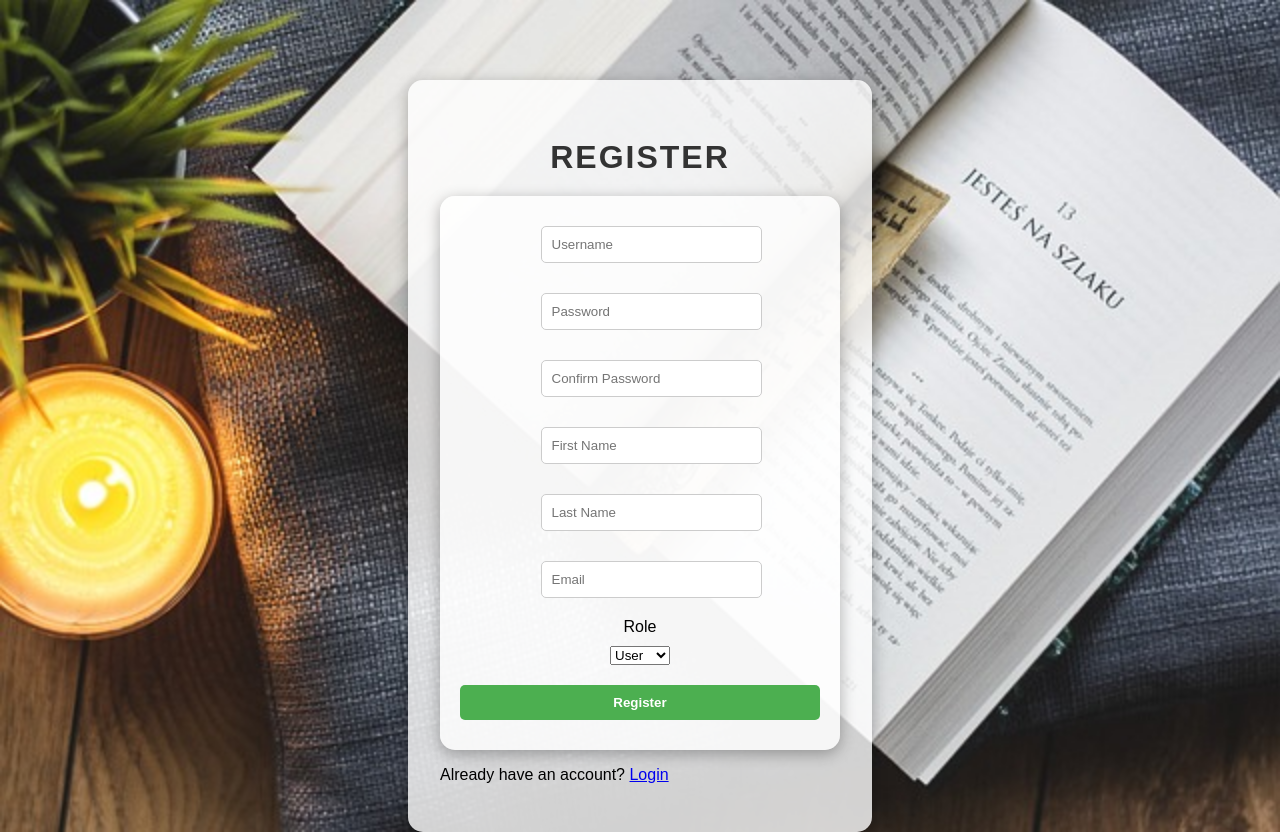
Repository: pavitrapai10/Library_Management_System
Page: http://localhost/register.php
An editor plug-in stored every save of this project. The page is shown before and after the next save, followed by the edit.
The browser window is 1280 px wide. The pictures show the whole page.
Backgrounds fixed to the window are drawn as part of the page. The page is run by PHP 8.4 with error messages shown; the project is at /var/www/html/.

Above is the page before, as saved 2025-02-06 10:48:28.

### register.php
<?php
include 'db.php';

$error = '';

if ($_SERVER['REQUEST_METHOD'] == 'POST') {
    $username = trim($_POST['username']);
    $password = trim($_POST['password']);
    $confirmPassword = trim($_POST['confirmPassword']);
    $first_name = trim($_POST['first_name']);
    $last_name = trim($_POST['last_name']);
    $email = trim($_POST['email']);
    $role_name = trim($_POST['role']);

    // Get the role ID based on role name
    $role_query = $conn->prepare("SELECT id FROM roles WHERE role_name = ?");
    $role_query->bind_param("s", $role_name);
    $role_query->execute();
    $role_query->store_result();
    $role_query->bind_result($id);
    $role_query->fetch();

    if (!$id) {
        echo "<script>
                alert('Invalid role selected.');
                window.history.back();
              </script>";
        exit;
    }

    // Server-side email validation
    if (!filter_var($email, FILTER_VALIDATE_EMAIL) || !preg_match('/@gmail\.com$/', $email)) {
        $error = "Please enter a valid Gmail address (e.g., example@gmail.com).";
    }

    // Server-side password validation
    if (strlen($password) < 8 ||
        !preg_match('/[A-Z]/', $password) ||
        !preg_match('/[a-z]/', $password) ||
        !preg_match('/\d/', $password) ||
        !preg_match('/[@$!%*?&]/', $password)) {
        $error = "Password must be at least 8 characters long, contain an uppercase letter, a lowercase letter, a number, and a special character.";
    } elseif ($password !== $confirmPassword) {
        $error = "Passwords do not match.";
    }

    if (empty($error)) {
        // Hash the password before storing
        $hashedPassword = password_hash($password, PASSWORD_DEFAULT);

        // Correct query with role ID
        $query = "INSERT INTO borrowers (username, password, first_name, last_name, email, created_at, role_id)
                  VALUES (?, ?, ?, ?, ?, NOW(), ?)";
        $stmt = $conn->prepare($query);

        if ($stmt) {
            $stmt->bind_param("sssssi", $username, $hashedPassword, $first_name, $last_name, $email, $id); // Bind role ID as integer

            try {
                $stmt->execute();
                header('Location: login.php');
                exit();
            } catch (mysqli_sql_exception $e) {
                // Handle duplicate entry errors for both username and email
                if (strpos($e->getMessage(), "for key 'borrowers.username'") !== false) {
                    $error = "Username already exists. Please choose a different one.";
                } elseif (strpos($e->getMessage(), "for key 'borrowers.email'") !== false) {
                    $error = "Email already exists. Please use a different one.";
                } else {
                    $error = "Failed to register user. Please try again.";
                }
            }
        } else {
            $error = "Failed to prepare the statement. Please contact support.";
        }
    }
}
?>

<!DOCTYPE html>
<html lang="en">
<head>
    <meta charset="UTF-8">
    <meta name="viewport" content="width=device-width, initial-scale=1.0">
    <title>Register - Library Management</title>
    <link rel="stylesheet" href="style.css">
</head>
<body>
    <div class="form-container">
        <h2>Register</h2>
        <form id="registerForm" method="POST" action="">
            <div class="input-group">
                <input type="text" name="username" id="username" placeholder="Username" required>
                <span class="error-message" id="usernameError"></span>
            </div>

            <div class="input-group">
                <input type="password" name="password" id="password" placeholder="Password" required>
                <span class="error-message" id="passwordError"></span>
            </div>

            <div class="input-group">
                <input type="password" name="confirmPassword" id="confirmPassword" placeholder="Confirm Password" required>
                <span class="error-message" id="confirmPasswordError"></span>
            </div>

            <div class="input-group">
                <input type="text" name="first_name" placeholder="First Name" required>
                <span class="error-message"></span>
            </div>

            <div class="input-group">
                <input type="text" name="last_name" placeholder="Last Name" required>
                <span class="error-message"></span>
            </div>

            <div class="input-group">
                <input type="email" name="email" placeholder="Email" required>
                <span class="error-message" id="emailError"></span>
            </div>

            <label for="role">Role</label>
            <select name="role" id="role" required>
                <option value="user">User</option>
                <option value="admin">Admin</option>
            </select>
            <button type="submit">Register</button>
        </form>

        <div id="globalErrorContainer" class="error-container">
            <?php if (!empty($error)): ?>
                <span class="error-message"><?php echo htmlspecialchars($error); ?></span>
            <?php endif; ?>
        </div>

        <p>Already have an account? <a href="login.php">Login</a></p>
    </div>
    <script src="script.js"></script>
</body>
</html>

### db.php

<?php
$servername = "localhost";
$username = "root";
$password = ""; // Empty if there's no password set
$dbname = "library_management";

// Create connection
$conn = new mysqli($servername, $username, $password, $dbname);

// Check connection and suppress any errors
if ($conn->connect_error) {
    // You can log the error instead of displaying it, e.g., error_log($conn->connect_error);
    die();  // Do not display any error message, but stop further execution
}
?>

### style.css
/* General Body Style (for all pages) */
body {
    font-family: 'Poppins', Arial, sans-serif;
    background: url('img/image.jpg') no-repeat center center fixed;
    background-size: cover;
    height: 100vh;
    margin: 0;
    padding: 0;
    overflow-x: hidden;
    animation: fadeIn 1.5s ease-in-out;

}

/* Fade-in animation for the body */
@keyframes fadeIn {
    from {
        opacity: 0;
    }
    to {
        opacity: 1;
    }
}

/* Header Styling for All Pages */
/* Updated Header Styling for Button Layout */
header {
    background: rgba(76, 175, 80, 0.9);
    color: #fff;
    padding: 1rem 20px;
    display: flex;
    align-items: center;
    justify-content: space-between;
    position: sticky;
    top: 0;
    z-index: 10;
    box-shadow: 0 2px 5px rgba(0, 0, 0, 0.2);
}

.backtobooks-button {
    color: #fff;
    text-decoration: none;
    font-size: 1rem;
    border: 1px solid white;
    padding: 5px 10px;
    border-radius: 5px;
    background: #4CAF50;
    transition: background 0.3s ease, color 0.3s ease;
}

.backtobooks-button:hover {
    background: white;
    color: #4CAF50;
}
.backtoadmin-button {
    color: #fff;
    text-decoration: none;
    font-size: 1rem;
    border: 1px solid white;
    padding: 5px 10px;
    border-radius: 5px;
    background: #4CAF50;
    transition: background 0.3s ease, color 0.3s ease;
}

.backtoadmin-button:hover {
    background: white;
    color: #4CAF50;
}

.header-content {
    display: flex;
    justify-content: space-evenly;
    align-items: center;
    width: 100%;
}

.left-buttons {
    display: flex;
    gap: 15px;
}

.right-buttons {
    margin-left: auto;
}

.logout-button {
    color: #fff;
    text-decoration: none;
    font-size: 1rem;
    border: 1px solid white;
    padding: 5px 10px;
    border-radius: 5px;
    transition: background 0.3s ease, color 0.3s ease;
}

.add-books-button,
.borrow-button,
.log-button,
.borrowbook-button {
    color: #fff;
    text-decoration: none;
    font-size: 1rem;
    border: 1px solid white;
    padding: 5px 10px;
    border-radius: 5px;
    background: #4CAF50;
    transition: background 0.3s ease, color 0.3s ease;
}

.logout-button:hover,
.add-books-button:hover,
.borrow-button:hover,
.log-button:hover,
.borrowbook-button:hover {
    background: white;
    color: #4CAF50;
}
header .backtobooks-button:hover {
    background: white;
    color: #4CAF50;
}
header .backtoadmin-button:hover {
    background: white;
    color: #4CAF50;
}




/* Form Container Styling for Login and Register */
.form-container {
    background: rgba(255, 255, 255, 0.8); /* White background with transparency */
    max-width: 400px;
    width: 90%;
    margin: 5rem auto;
    padding: 2rem;
    box-shadow: 0 4px 15px rgba(0, 0, 0, 0.3); /* Deeper shadow for better effect */
    border-radius: 15px;
    transition: transform 0.3s ease-in-out, box-shadow 0.3s ease-in-out;
}

.form-container:hover {
    transform: scale(1.03);
    box-shadow: 0 6px 20px rgba(0, 0, 0, 0.4);
}

/* Input and Button Styling for Forms */
input, button {
    width: 100%;
    padding: 10px;
    margin: 10px 0;
    border: 1px solid #ccc;
    border-radius: 5px;
    transition: all 0.3s ease;
}

input:focus {
    outline: none;
    border: 1px solid #4CAF50;
    box-shadow: 0 0 10px rgba(76, 175, 80, 0.5);
}

button {
    background: #4CAF50;
    color: #fff;
    border: none;
    cursor: pointer;
    font-weight: bold;
}

button:hover {
    background: #45a049;
    box-shadow: 0 2px 10px rgba(76, 175, 80, 0.4);
    transform: scale(1.05);
}

/* Ensure that form elements are centered */
form {
    display: flex;
    flex-direction: column;
    align-items: center;
    gap: 10px; /* Add spacing between form elements */
}

/* Heading Styling for Login, Register, Edit */
h2 {
    text-align: center;
    font-size: 2rem;
    margin-bottom: 20px;
    color: #333;
    text-transform: uppercase;
    letter-spacing: 2px;
    animation: fadeIn 1.5s ease-in-out;
}

/* Admin Page Styling */
#admin-page {
    display: flex;
    justify-content: center;
    align-items: center;
    flex-direction: column;
    padding: 20px;
    box-sizing: border-box;
    min-height: 80vh; /* Ensures the content stays centered vertically */
    margin: 0 auto;
}

#admin-page table {
    width: 60%; /* Slightly narrower to ensure spaciousness */
    max-width: 200px; /* Limit maximum width */
    margin: 0 auto; /* Center the table horizontally */
    border-collapse: collapse;
    background: white;
    box-shadow: 0 4px 15px rgba(0, 0, 0, 0.2);
    border-radius: 8px;
    overflow: hidden; /* Clip any overflow for smooth rounded corners */
    animation: zoomIn 0.8s ease-in-out;
}

@keyframes zoomIn {
    from {
        transform: scale(0.9);
        opacity: 0;
    }
    to {
        transform: scale(1);
        opacity: 1;
    }
}

#admin-page th,
#admin-page td {
    padding: 20px; /* Increased padding for better readability */
    text-align: left;
    border: 1px solid #ddd;
    font-size: 16px; /* Consistent font size */
}

#admin-page th {
    background-color: #4CAF50;
    color: white;
    text-transform: uppercase;
    letter-spacing: 1px;
    font-weight: bold;
}

#admin-page tr:nth-child(even) {
    background-color: #f9f9f9;
}

#admin-page tr:hover {
    background-color: #f1f1f1;
    transform: scale(1.01);
    transition: transform 0.2s ease, background-color 0.2s ease;
}

/* Adjust the header and footer styles within the admin page */
header {
    display: flex;
    justify-content: space-between;
    align-items: center;
    background-color: #4CAF50;
    color: white;
    padding: 15px 20px;
    box-shadow: 0 2px 5px rgba(0, 0, 0, 0.2);
}

footer {
    text-align: center;
    margin-top: 20px;
    padding: 10px;
    background: #4CAF50;
    color: rgb(255, 255, 255);
    position: relative;
    width: 100%;
    box-shadow: 0 -2px 5px rgba(0, 0, 0, 0.1);
}



/* Responsive Adjustments */
@media (max-width: 768px) {
    #admin-page table {
        width: 95%;
    }

    #admin-page th,
    #admin-page td {
        font-size: 14px;
        padding: 12px;
    }
}






/* Books Page Table Styling */
#books-page table {
    width: 100%;
    margin: 20px 0;
    border-collapse: collapse;
    background: rgba(255, 255, 255, 0.95); /* Solid white background for books table */
    box-shadow: 0 4px 15px rgba(0, 0, 0, 0.2);
    transition: box-shadow 0.3s ease-in-out;
}

#books-page table:hover {
    box-shadow: 0 6px 20px rgba(0, 0, 0, 0.3);
}

#books-page th, #books-page td {
    padding: 12px;
    text-align: left;
    border: 1px solid #ddd;
}

#books-page th {
    background-color: #4CAF50;
    color: white;
}

/* Form Styling */
form {
    background: rgba(255, 255, 255, 0.8);
    padding: 20px;
    border-radius: 15px;
    box-shadow: 0 4px 15px rgba(0, 0, 0, 0.3);
}

form input, form button {
    margin: 10px 0;
    padding: 10px;
    width: 100%;
    border-radius: 5px;
}

form button:hover {
    background-color: #45a049;
    transform: scale(1.05);
}







/* Logs Table Styling */
table {
    width: 80%;
    margin: 20px auto;
    border-collapse: collapse;
    box-shadow: 0 4px 8px rgba(0, 0, 0, 0.2);
}

table th, table td {
    padding: 12px 15px;
    text-align: left;
    border: 1px solid #ddd;
}

table th {
    background-color: #4CAF50;
    color: white;
}

table tr:nth-child(even) {
    background-color: #e6e6e6; /* Solid light gray background */
}

table tr:nth-child(odd) {
    background-color: white; /* Solid white background for odd rows */
}

table tr:hover {
    background-color: #d1d1d1; /* Slightly darker gray for hover */
}

/* Close Button Styling */
.close-button {
    background-color: #f44336; /* Red background */
    color: white;
    padding: 10px 15px; /* Adjusted padding for a balanced look */
    border: none;
    border-radius: 5px;
    cursor: pointer;
    font-size: 14px;
    font-weight: bold;
    text-transform: uppercase;
    transition: background-color 0.3s ease, transform 0.2s ease;
    margin-left: 10px; /* Adds spacing if placed next to other buttons */
    display: inline-block; /* Ensures consistent alignment */
}

.close-button:hover {
    background-color: #e53935; /* Darker red on hover */
    transform: scale(1.05); /* Slight zoom effect on hover */
    box-shadow: 0 4px 10px rgba(229, 57, 53, 0.4); /* Adds a subtle shadow */
}

.close-button:active {
    transform: scale(0.95); /* Pressed effect */
    background-color: #d32f2f; /* Slightly darker red for active state */
}

/* Common button styles */

.edbutton {
    display: inline-block;
    padding: 6px 12px;
    font-size: 14px;
    border: none;
    border-radius: 4px;
    text-decoration: none;
    cursor: pointer;
    color: white;
}

/* Admin button styles */
.edit-button {
    background-color: #4CAF50;
}

.delete-button {
    background-color: #f44336;
}

/* Disabled button */
.disabled-button {
    background-color: #cccccc;
    color: #666666;
    cursor: not-allowed;
}

/* Regular user self-edit button with distinct color */
.self-edit-button {
    background-color: #2196F3;
    color: white;
    font-style: italic;
}

/* Hover effect for all active buttons */
.edbutton:hover:not(.disabled-button) {
    opacity: 0.8;
}

### script.js
document.addEventListener('DOMContentLoaded', function () {

    // Validate the registration form before submitting
    const registerForm = document.getElementById('registerForm');
    if (registerForm) {
        registerForm.addEventListener('submit', function (event) {
            const username = document.getElementById('username').value.trim();
            const password = document.getElementById('password').value.trim();
            const confirmPassword = document.getElementById('confirmPassword').value.trim();
            const email = document.getElementById('email').value.trim();

            const usernameRegex = /^[a-zA-Z0-9]{4,20}$/;
            const passwordRegex = /^(?=.*[a-z])(?=.*[A-Z])(?=.*\d)(?=.*[@$!%*?&])[A-Za-z\d@$!%*?&]{8,}$/;
            const emailRegex = /^[a-zA-Z0-9._%+-]+@gmail\.com$/;

            // Username validation
            if (!usernameRegex.test(username)) {
                alert("Username must be 4-20 characters long and contain only letters and numbers.");
                event.preventDefault();
            }
            // Email validation
            else if (!emailRegex.test(email)) {
                alert("Please enter a valid Gmail address (e.g., example@gmail.com).");
                event.preventDefault();
            }
            // Password validation
            else if (!passwordRegex.test(password)) {
                alert("Password must be at least 8 characters long and contain at least one uppercase letter, one lowercase letter, one number, and one special character.");
                event.preventDefault();
            }
            // Confirm password validation
            else if (password !== confirmPassword) {
                alert("Passwords do not match!");
                event.preventDefault();
            }
        });
    }

    // Validate the login form before submitting
    const loginForm = document.getElementById('loginForm');
    if (loginForm) {
        loginForm.addEventListener('submit', function (event) {
            const username = document.getElementById('username').value.trim();
            const password = document.getElementById('password').value.trim();

            if (username === '' || password === '') {
                alert("Both fields are required!");
                event.preventDefault();
            }
        });
    }

    // Show/hide additional form fields based on user selection
    const userTypeSelect = document.getElementById('userType');
    if (userTypeSelect) {
        userTypeSelect.addEventListener('change', function () {
            const userType = this.value;
            const adminSection = document.getElementById('adminSection');
            if (adminSection) {
                if (userType === 'Admin') {
                    adminSection.style.display = 'block';
                } else {
                    adminSection.style.display = 'none';
                }
            }
        });
    }

    // Example for smooth scroll to a section
    const scrollButton = document.querySelector('.scroll-to-form');
    if (scrollButton) {
        scrollButton.addEventListener('click', function () {
            const formContainer = document.querySelector('.form-container');
            if (formContainer) {
                formContainer.scrollIntoView({ behavior: 'smooth' });
            }
        });
    }




});

After the next save:
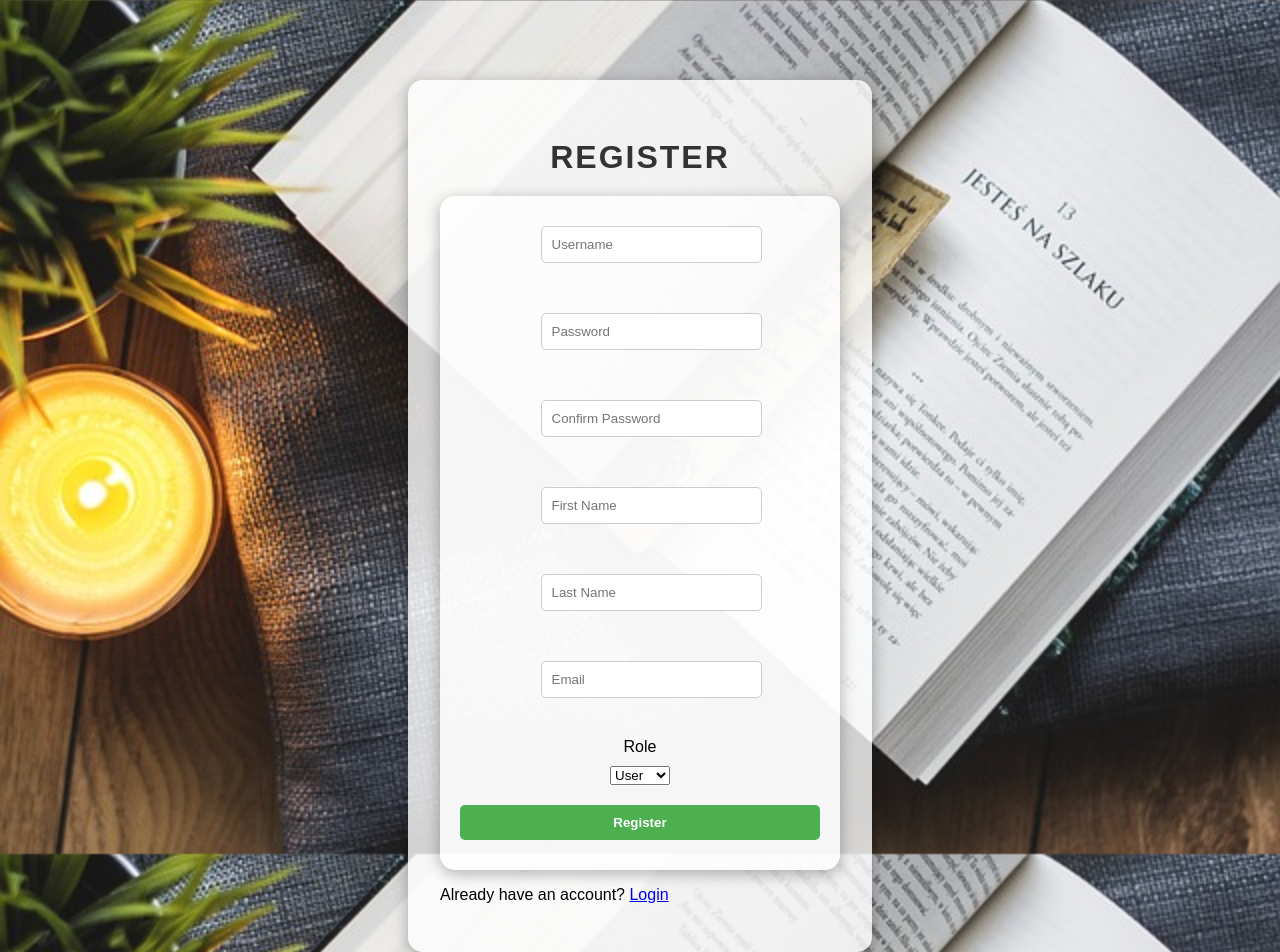
Saved 19 s later.
--- a/style.css
+++ b/style.css
@@ -445,3 +445,24 @@ table tr:hover {
 .edbutton:hover:not(.disabled-button) {
     opacity: 0.8;
 }
+
+.error-message {
+    color: red;
+    font-size: 0.9em;
+    margin-top: 5px;
+    display: block;
+}
+
+.error-container {
+    background-color: #f8d7da;
+    color: #842029;
+    border: 1px solid #f5c2c7;
+    padding: 10px;
+    border-radius: 5px;
+    margin-top: 10px;
+    display: none;
+}
+
+.input-group {
+    margin-bottom: 15px;
+}
